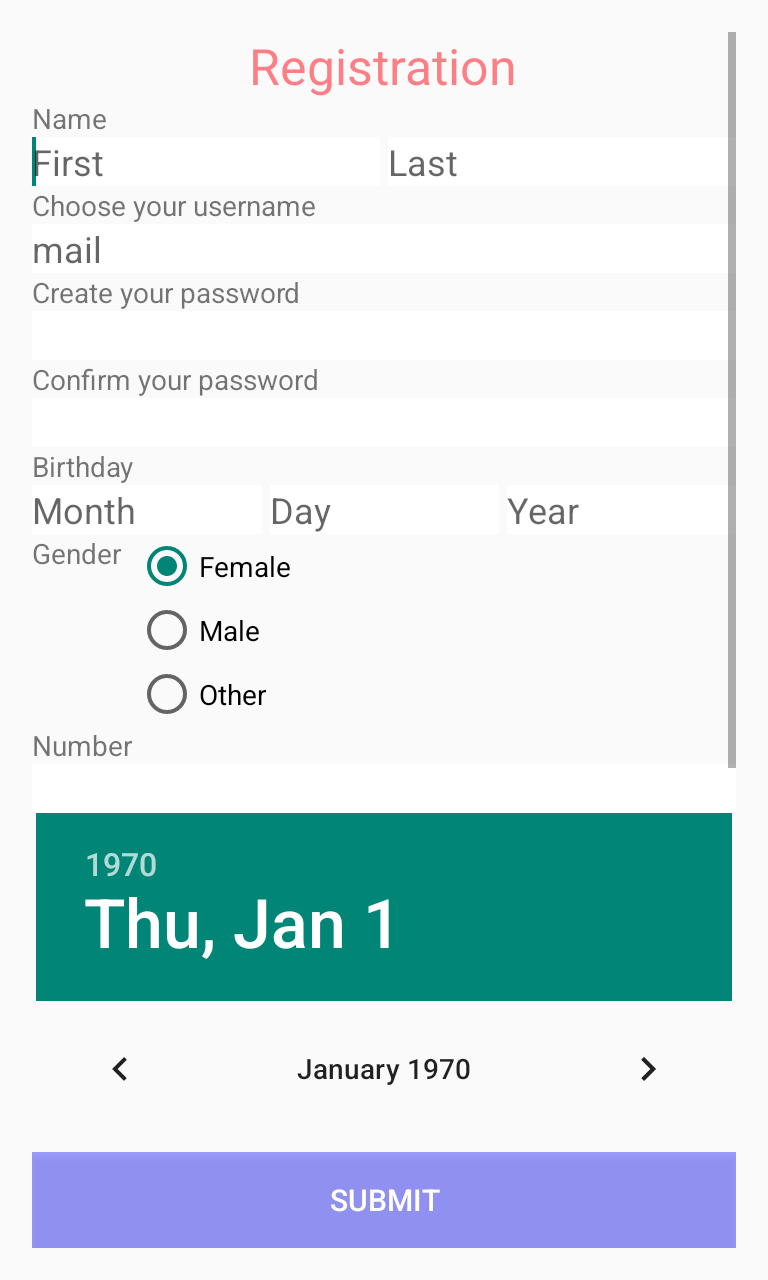
Repository: HarithaAmmuHari/Database
Layout: RegisterUsingSP/res/layout/activity_register.xml
The author's editor kept a copy of each file at every save. The layout is drawn from the files as they stood at one save, then again after the next save.
It is drawn on a 768 x 1280 px phone screen (xhdpi) without system bars, with theme AppTheme; the app's code is not run.

Above is the layout before, as saved 2015-04-14 08:41:42.

After the next save:
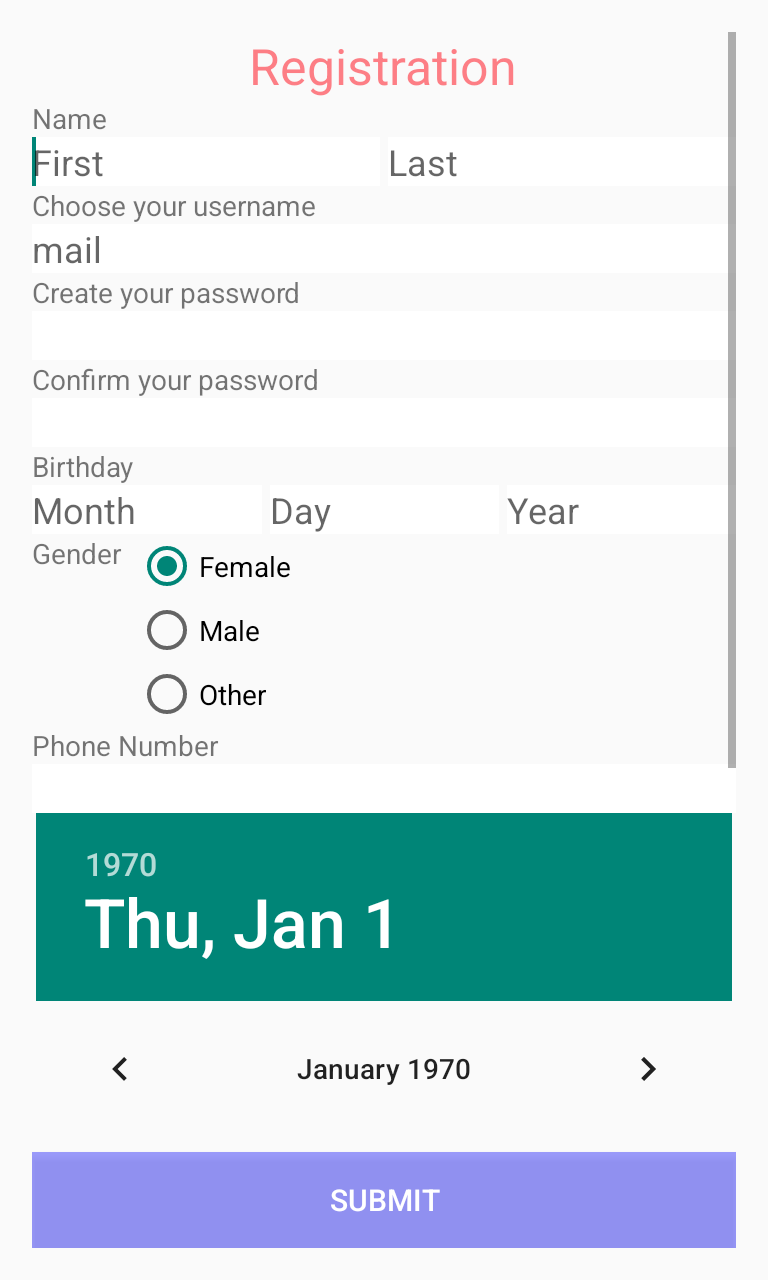
Saved 35 s later.
--- a/RegisterUsingSP/res/layout/activity_register.xml
+++ b/RegisterUsingSP/res/layout/activity_register.xml
@@ -164,7 +164,7 @@
                 android:layout_width="match_parent"
                 android:layout_height="wrap_content"
                 android:layout_below="@+id/radioGroup1"
-                android:text="Number" />
+                android:text="Phone Number" />
 
             <EditText
                 android:id="@+id/editText9"
